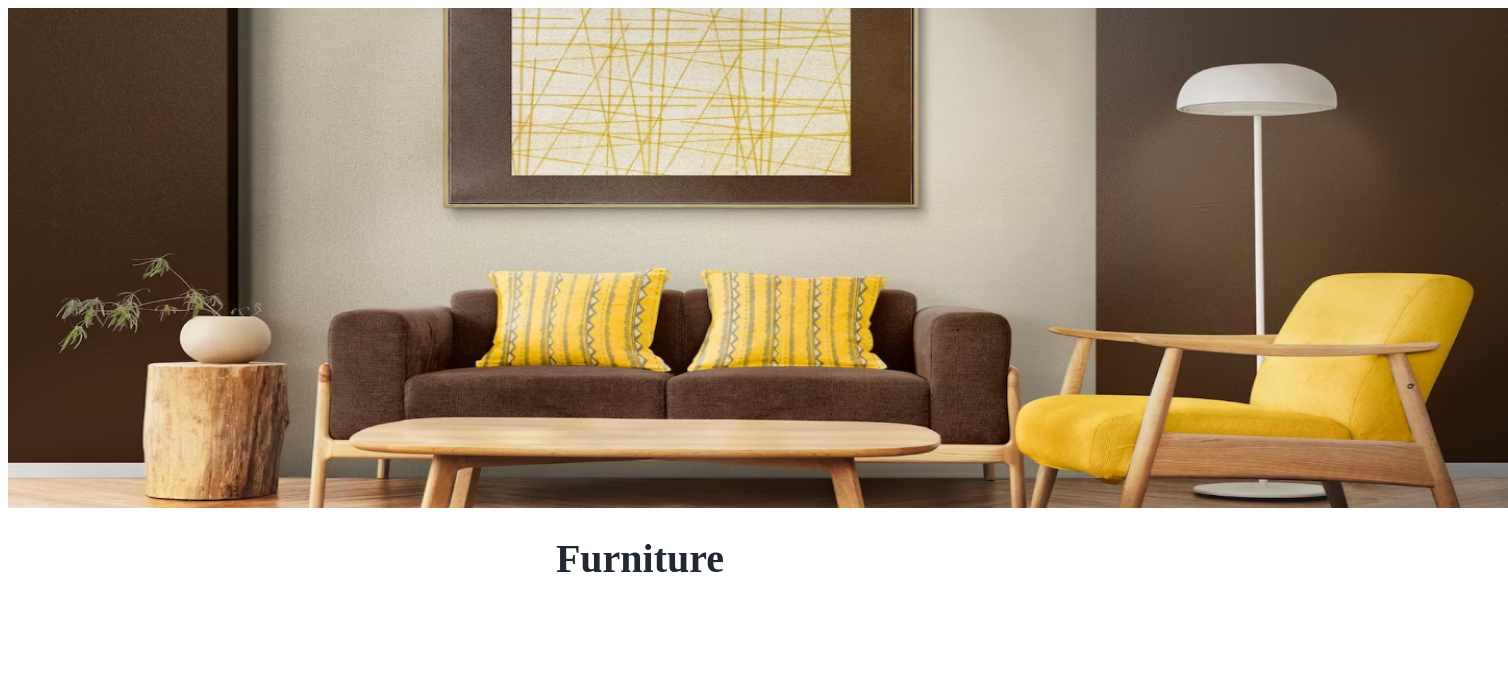
Repository: nikita120402/next13-deploy
Page: /
The author's editor kept a copy of each file at every save. The page is drawn from the files as they stood at one save, then again after the next save.
The browser window is 1280 px wide. The page is 1508 px wide, so the pictures cover 1508 px, including what lies to the right of the window. The pictures show the whole page.
The project was rebuilt for these pictures with package versions that can differ from the ones it lists, and the page was loaded fresh each time. The framework's server and built-in components were replaced by stand-ins that run in the browser. Also part of the build but not shown: next.config.js.

Above is the page before, as saved 2023-08-01 19:35:01.

After the next save:
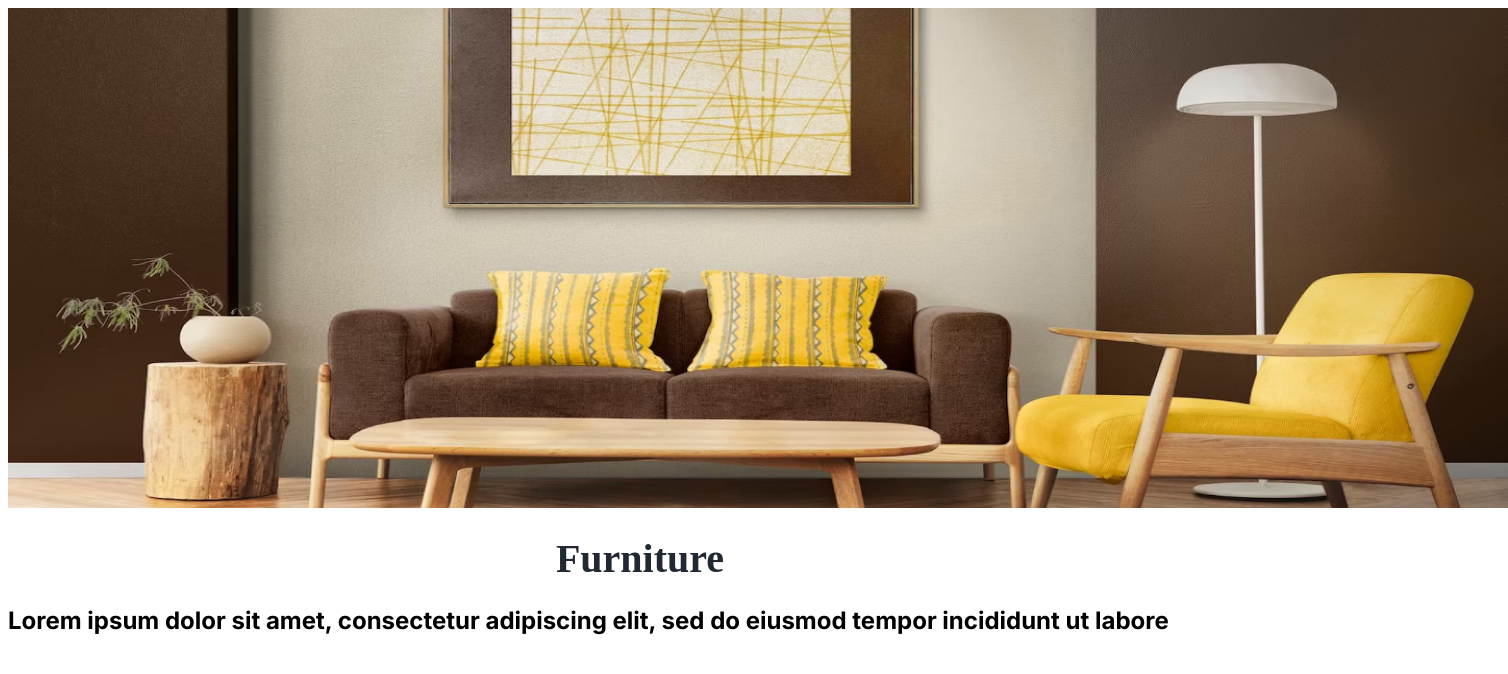
Saved 26 s later.
--- a/src/app/page.tsx
+++ b/src/app/page.tsx
@@ -10,6 +10,7 @@ export default function Page() {
       height={500}
           />
           <h1 text-align-center>Furniture</h1>
+          <h2>Lorem ipsum dolor sit amet, consectetur adipiscing elit, sed do eiusmod tempor incididunt ut labore </h2>
           </div>
 
   )
